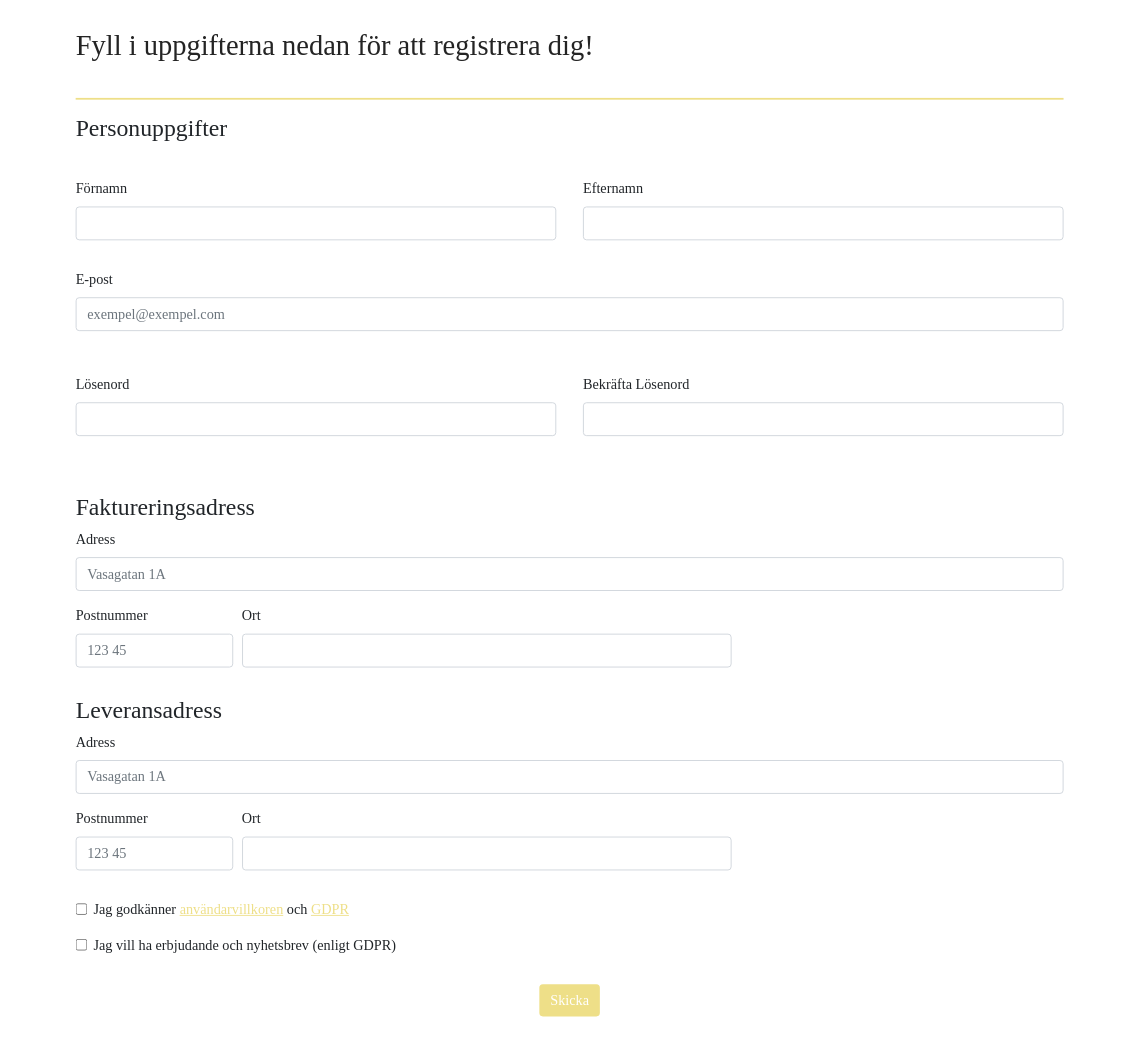
Repository: skepp4rn/Liamsuppgift3
Page: index.html
An editor plug-in stored every save of this project. The page is shown before and after the next save, followed by the edit.
The browser window is 1280 px wide. The pictures show the whole page, at 89% of full size.
Some web libraries are served in a nearby version.

Above is the page before, as saved 2020-12-06 13:28:06.
Console error (its wording comes from the project's code and is left out).

After the next save:
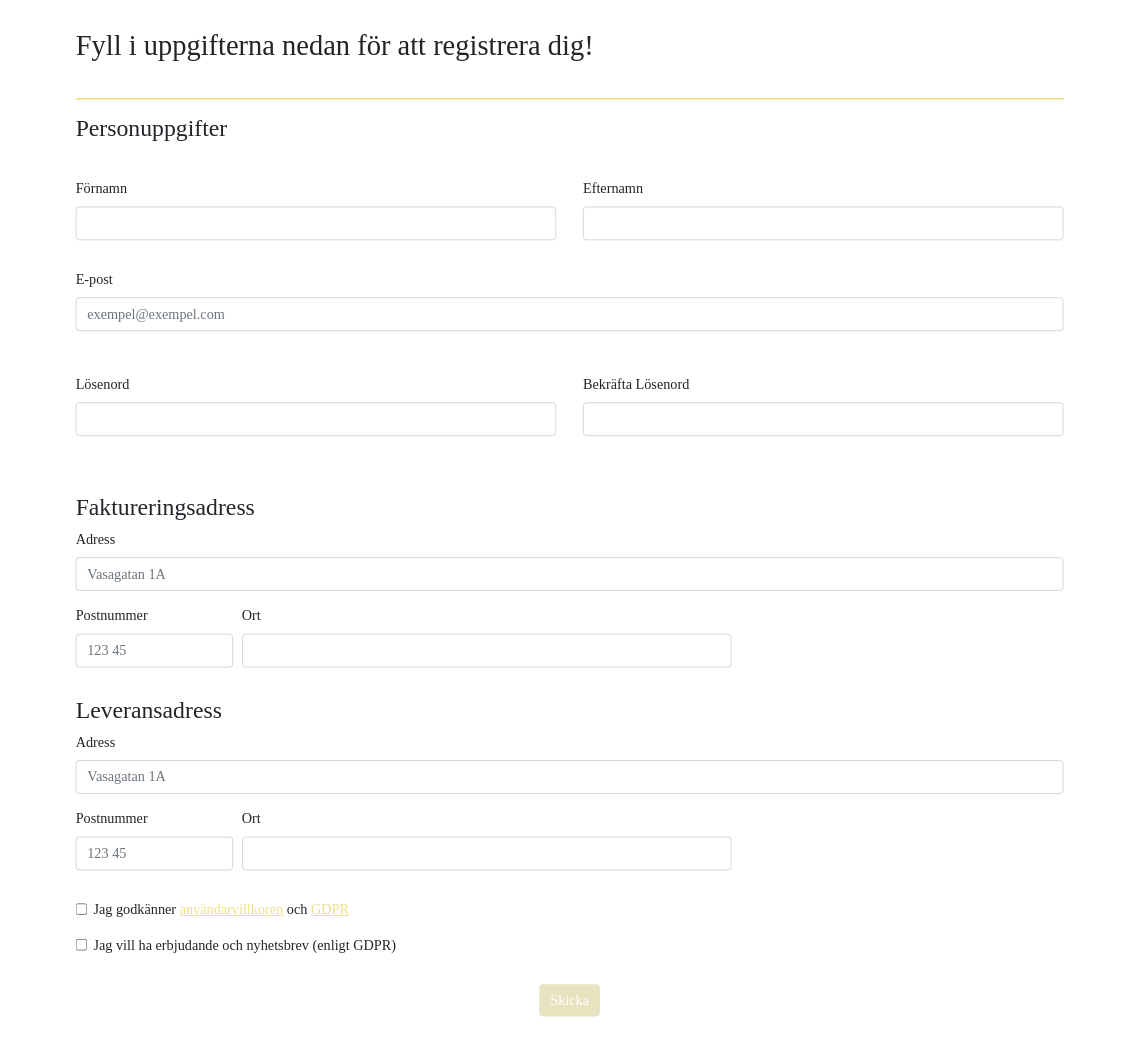
Saved 7 s later.
--- a/css/style.css
+++ b/css/style.css
@@ -19,7 +19,7 @@
 #exampleInputPassword1{color:#b6b6b6}
 #exampleInputPassword2{color:#b6b6b6}
 .button-center{padding-top:1rem;display:flex;justify-content:center}
-.colorbutton{background-color:#eedf88;border:none}
+.colorbutton{background-color:#e9e2be;border:none}
 .line1{height:2px;background-color:#eedf88;margin-bottom:1rem}
 .bottenspace{margin-bottom:2rem}
 .linktext{color:#eedf88;text-decoration:underline}

After the save that followed:
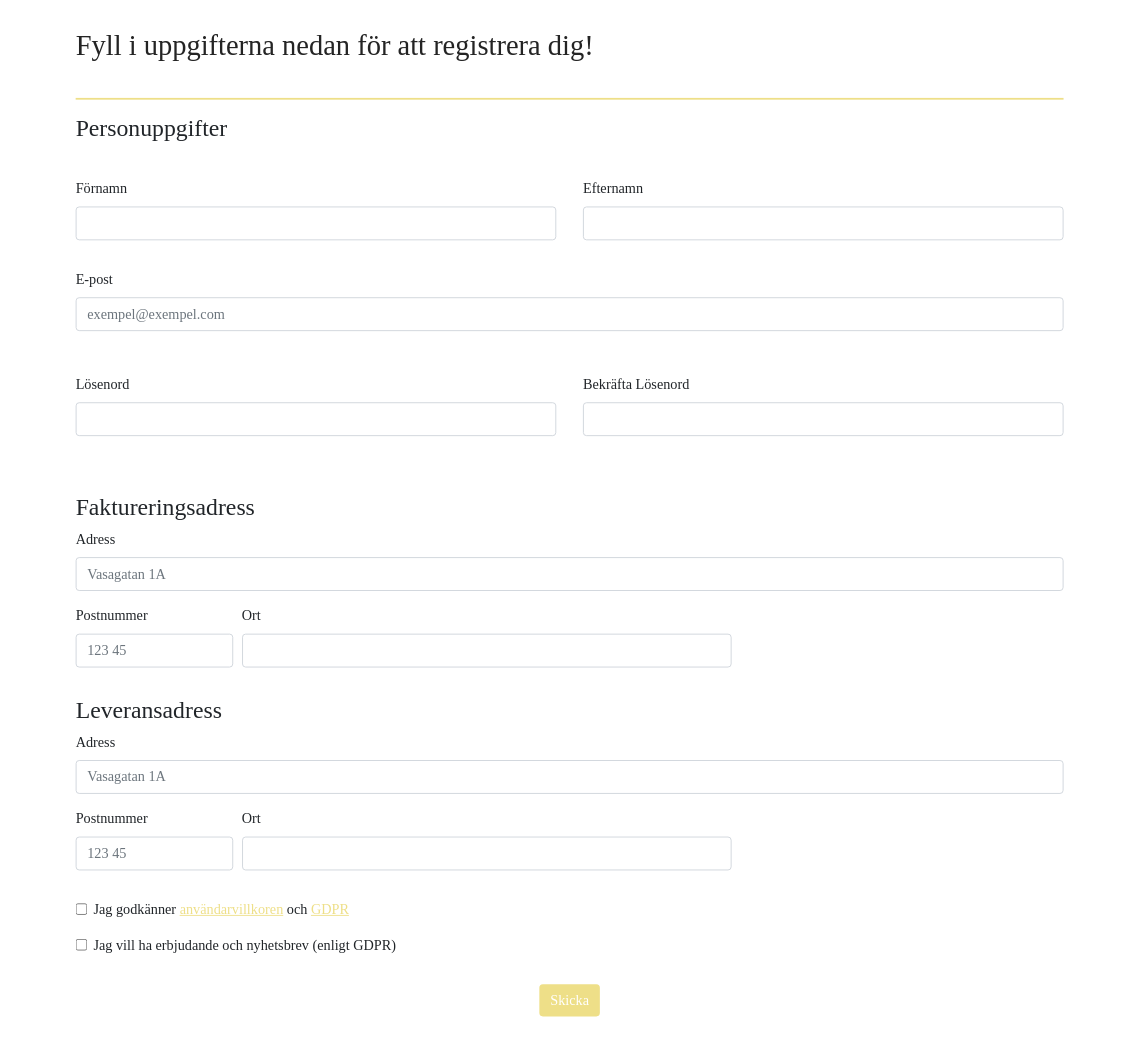
Saved 8 s later.
--- a/css/style.css
+++ b/css/style.css
@@ -19,7 +19,7 @@
 #exampleInputPassword1{color:#b6b6b6}
 #exampleInputPassword2{color:#b6b6b6}
 .button-center{padding-top:1rem;display:flex;justify-content:center}
-.colorbutton{background-color:#e9e2be;border:none}
+.colorbutton{background-color:#eedf88;border:none}
 .line1{height:2px;background-color:#eedf88;margin-bottom:1rem}
 .bottenspace{margin-bottom:2rem}
 .linktext{color:#eedf88;text-decoration:underline}
